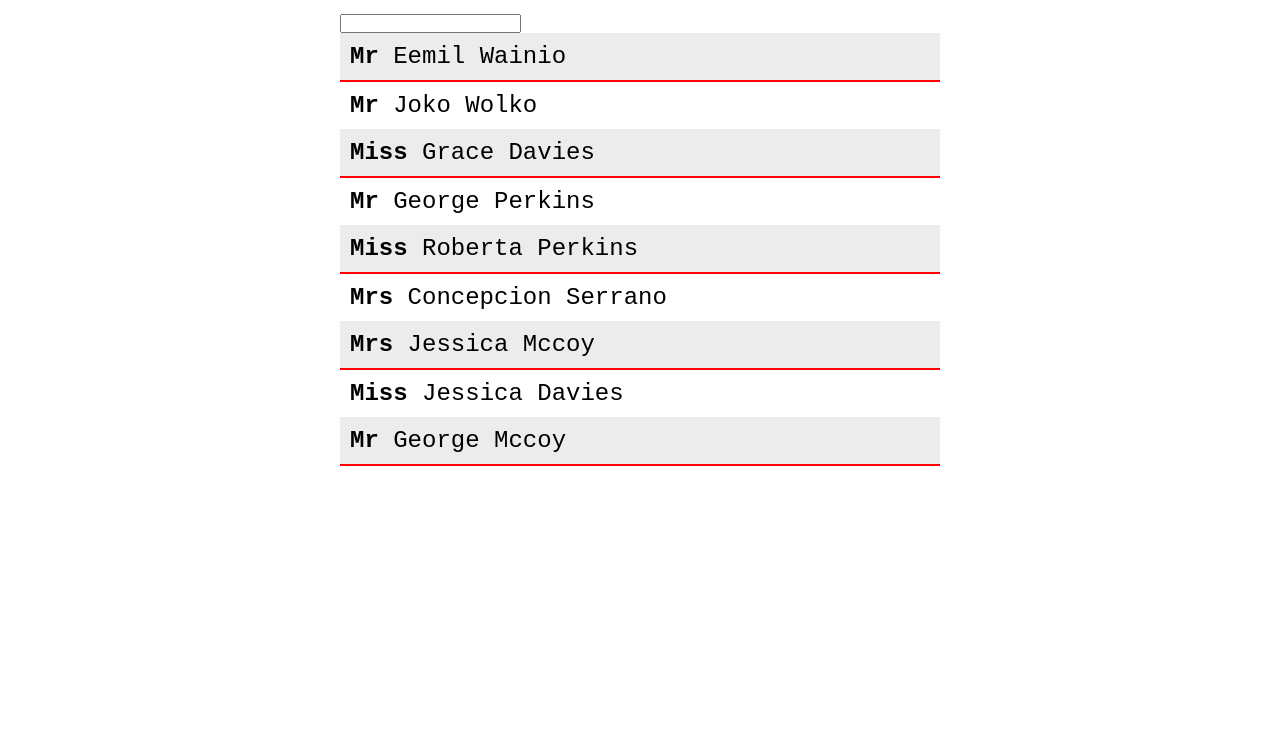
Repository: KrzysKolo/sr_tydzien5_zad4
Page: /
An editor plug-in stored every save of this project. The page is shown before and after the next save, followed by the edit.
The browser window is 1280 px wide. The pictures show the whole page.
The project was rebuilt for these pictures with package versions that can differ from the ones it lists, and the page was loaded fresh each time.

Above is the page before, as saved 2021-01-03 05:12:54.

After the next save:
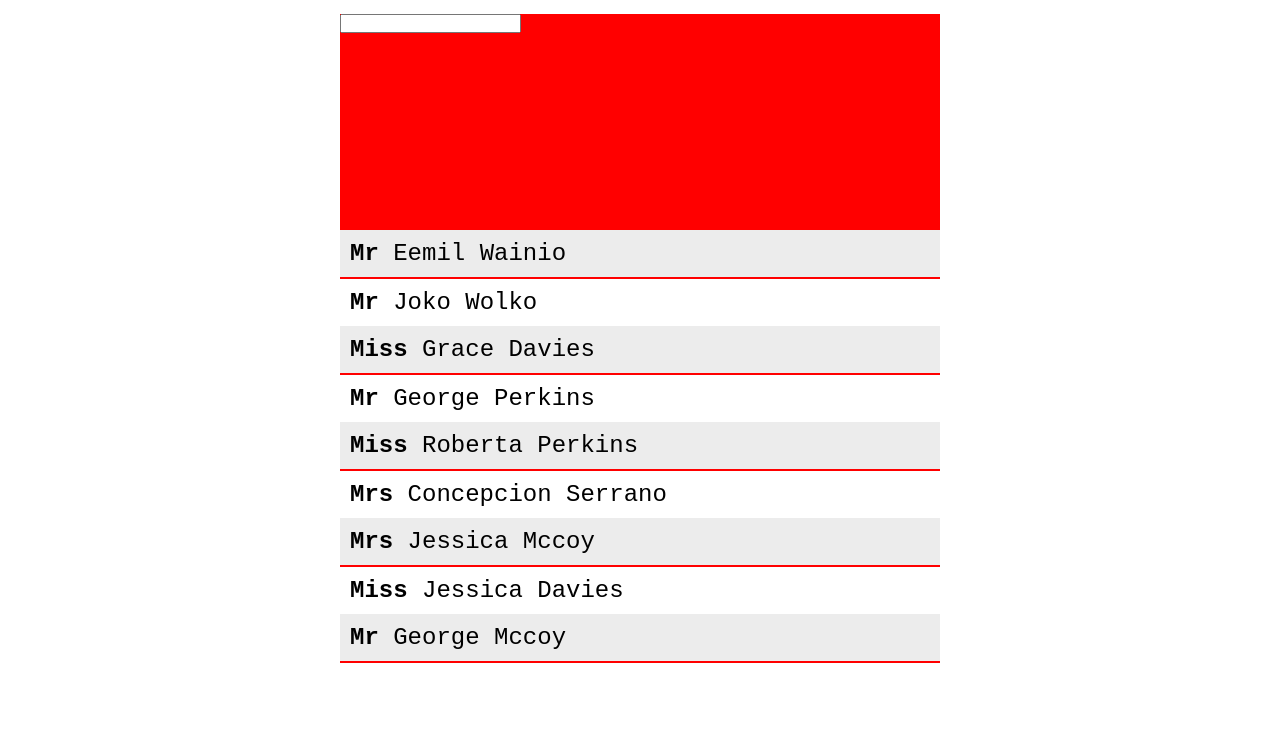
Saved 43 s later.
--- a/src/App.css
+++ b/src/App.css
@@ -14,6 +14,10 @@ section {
   display: flex;
   flex-direction: column;
 }
+.header__section {
+  height: 30vh;
+  background-color: red;
+}
 .user {
   font-size: 1.5rem;
   font-family: "Courier New", Courier, monospace;
